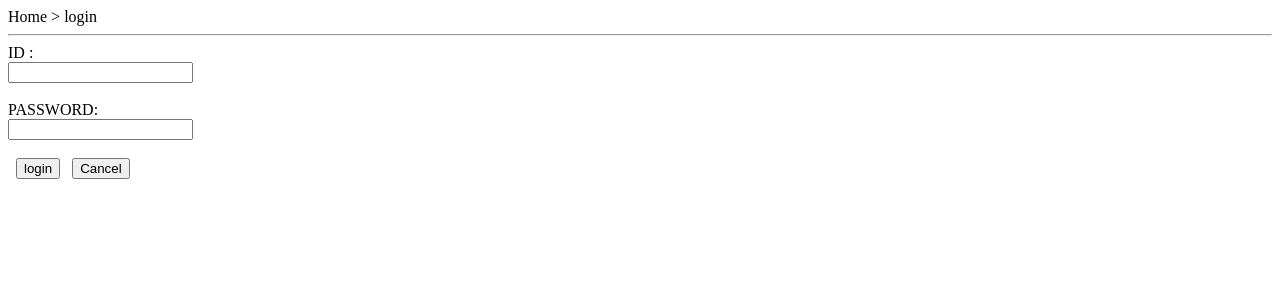
Repository: parkgyutaee/My_JAVA_Project
Page: http://localhost/JSPStudy/form_login.jsp
The author's editor kept a copy of each file at every save. The page is drawn from the files as they stood at one save, then again after the next save.
The browser window is 1280 px wide. The pictures show the whole page.
The page is served by Tomcat 9.

Above is the page before, as saved 2025-07-10 00:52:43.

### Workspace/JSPStudy/src/main/webapp/form_login.jsp
<%@ page language="java" contentType="text/html; charset=UTF-8"
    pageEncoding="UTF-8"%>
<!DOCTYPE html>
<html>
<head>
<meta charset="UTF-8">
<title>Insert title here</title>
</head>
<body>
			Home > login <hr>
			<form action="#" method = "get">
				ID : <br>
				<input type = "text" name = "id"> <br><br>
				PASSWORD: <br>
				<input type = "text" name = "password"> <br><br>
				&nbsp; <input type ="submit" value = "login"> &nbsp;
				<input type = "reset" value = "Cancel">
			</form>

</body>
</html>

After the next save:
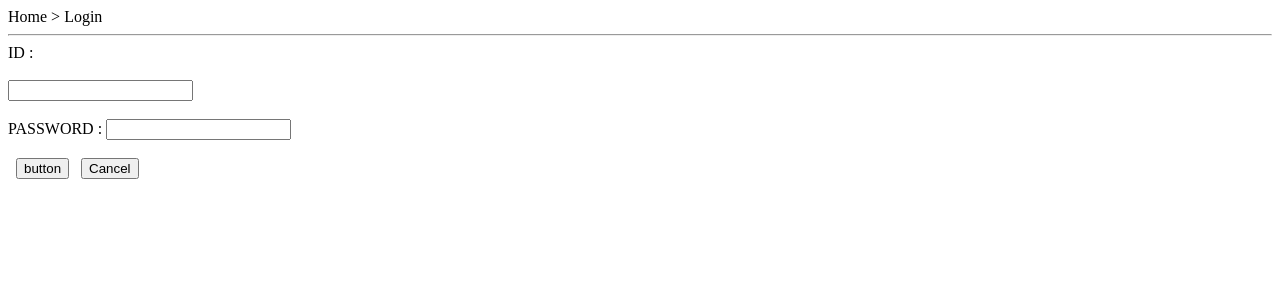
Saved 10 min 14 s later.
--- a/Workspace/JSPStudy/src/main/webapp/form_login.jsp
+++ b/Workspace/JSPStudy/src/main/webapp/form_login.jsp
@@ -7,15 +7,16 @@
 <title>Insert title here</title>
 </head>
 <body>
-			Home > login <hr>
-			<form action="#" method = "get">
-				ID : <br>
-				<input type = "text" name = "id"> <br><br>
-				PASSWORD: <br>
-				<input type = "text" name = "password"> <br><br>
-				&nbsp; <input type ="submit" value = "login"> &nbsp;
-				<input type = "reset" value = "Cancel">
-			</form>
+	Home > Login
+	<hr>
+	<form action="#" method = "get">
+	ID : <br><br>
+	<input type = "text"  name = "id" > <br><br>
+	PASSWORD :
+	<input type = "password" name = "password"> <br><br>
+	&nbsp; <input type = "submit"  value = "button"> &nbsp;
+			   <input type = "reset" value = "Cancel">
 
+	</form>
 </body>
 </html>
